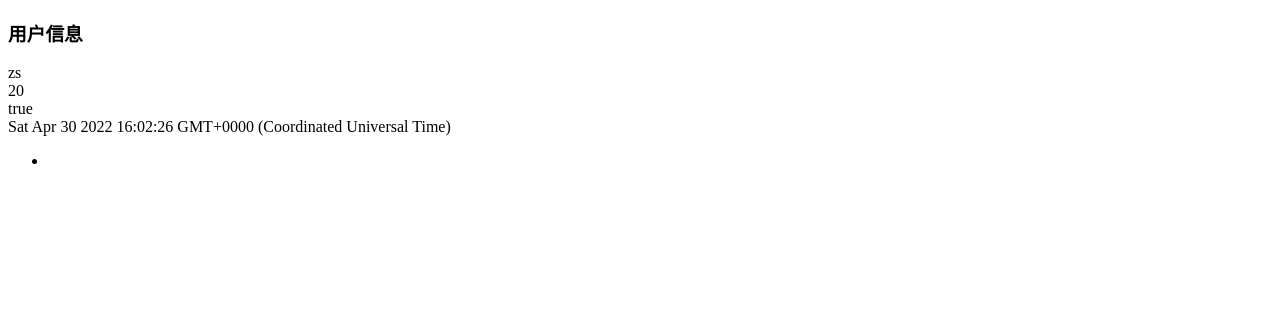
Repository: Bluesouls/eliauk.github.io
Page: Ajax学习笔记/day02/02传统方式渲染UI结构.html
An editor plug-in stored every save of this project. The page is shown before and after the next save, followed by the edit.
The browser window is 1280 px wide. The pictures show the whole page.

Above is the page before, as saved 2022-05-01 12:19:12.
Console error: TypeError: t.call is not a function

After the next save:
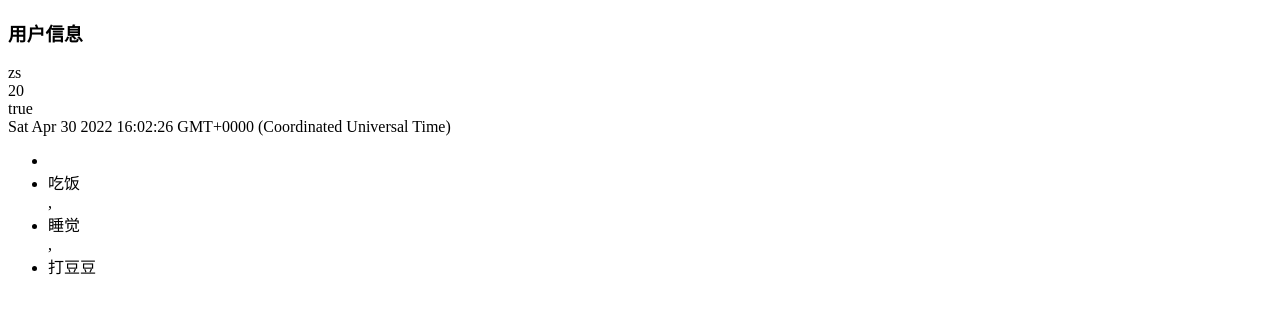
The error is gone.
Saved 72 s later.
--- a/Ajax学习笔记/day02/02传统方式渲染UI结构.html
+++ b/Ajax学习笔记/day02/02传统方式渲染UI结构.html
@@ -33,9 +33,10 @@
     $('#isVIP').text(data.isVIP)
     $('#date').text(data.regTime)
     var rows = []
-    $('#hobby').each(data.hobby, function (i, item) {
+    $.each(data.hobby, function (i, item) {
       rows.push('<li>' + item + '</li>')
     })
+    $('#hobby').append(rows.join())
   </script>
 </body>
 
